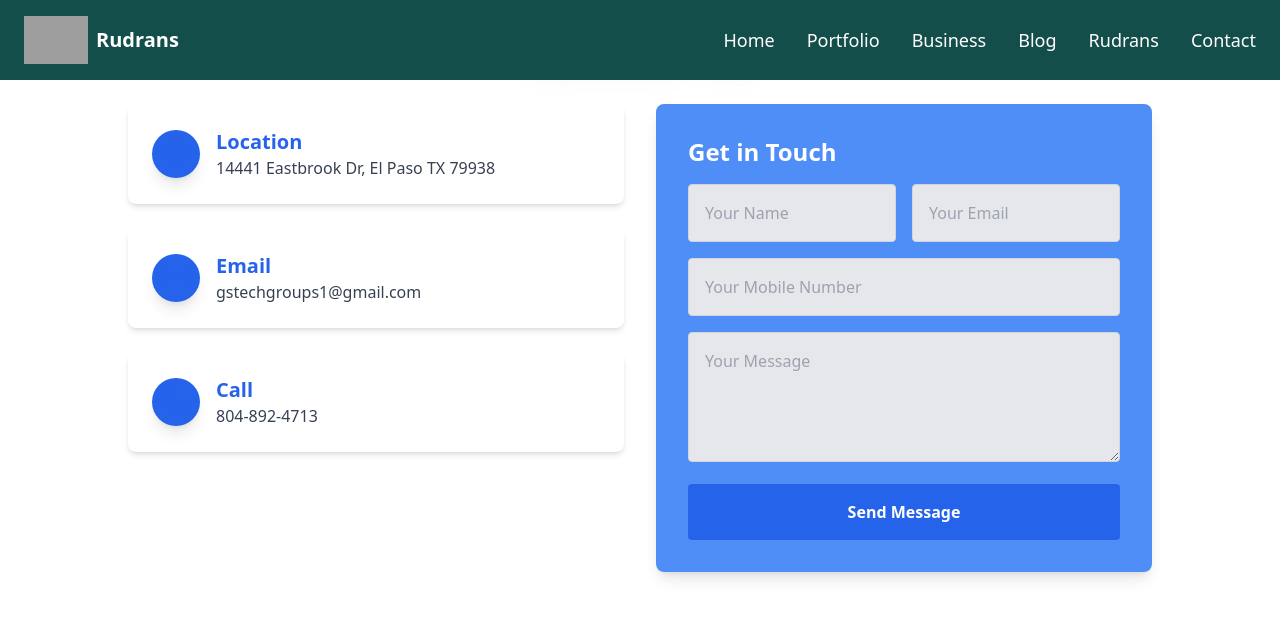
Repository: Rudra-Eswaran/Rudra_Official
Page: /
The author's editor kept a copy of each file at every save. The page is drawn from the files as they stood at one save, then again after the next save.
The browser window is 1280 px wide. The pictures show the whole page.
Pictures or frames that could not be fetched are drawn as grey boxes. Some web libraries are served in a nearby version. The project was rebuilt for these pictures with package versions that can differ from the ones it lists, and the page was loaded fresh each time. Also part of the build but not shown: vite.config.js.

Above is the page before, as saved 2025-04-15 18:36:49.

### index.html
<!doctype html>
<html lang="en">
  <head>
    <meta charset="UTF-8" />
    <link rel="icon" type="image/svg+xml" href="/vite.svg" />
    <meta name="viewport" content="width=device-width, initial-scale=1.0" />
    <title>Rudra Loading</title>
    <!-- Tailwind CSS CDN -->
<script src="https://cdn.tailwindcss.com"></script>

  </head>
  <body>
    <div id="root"></div>
    <script type="module" src="/src/main.jsx"></script>
  </body>
</html>

### src/App.jsx
import Navbar from "./components/Navbar";
import Contact from "./pages/Contactus";

export default function App() {
  return (
    <>
      <Navbar />
      <Contact/>
    </>
  );
}

### src/components/Navbar.jsx
import { useState, useEffect } from "react";
import { Link } from "react-router-dom";

const Navbar = () => {
  const [isOpen, setIsOpen] = useState(false);
  const [scrolled, setScrolled] = useState(false);

  // Detect when the user scrolls to change the navbar style
  useEffect(() => {
    const handleScroll = () => {
      setScrolled(window.scrollY > 10);
    };
    window.addEventListener("scroll", handleScroll);
    return () => window.removeEventListener("scroll", handleScroll);
  }, []);

  return (
    <nav
      className={`fixed top-0 left-0 w-full z-10 py-4 transition-all duration-300 ease-in-out ${
        scrolled ? "bg-teal-800 shadow-lg" : "bg-teal-900"
      }`}
    >
      <div className="container mx-auto px-6 flex justify-between items-center">
        {/* Logo */}
        <div className="flex items-center space-x-2">
          <img
            src="path_to_your_logo.gif"
            alt="Rudrans Logo"
            className="h-12 w-auto transition-transform transform hover:scale-110"
          />
          <h1 className="text-xl font-semibold text-white">Rudrans</h1>
        </div>

        {/* Desktop Menu */}
        <ul className="hidden md:flex space-x-8 text-lg font-medium text-white">
          <li>
            <Link
              to="/"
              className="hover:text-teal-400 transition duration-300 ease-in-out transform hover:scale-105"
            >
              Home
            </Link>
          </li>
          <li>
            <Link
              to="/portfolio"
              className="hover:text-teal-400 transition duration-300 ease-in-out transform hover:scale-105"
            >
              Portfolio
            </Link>
          </li>
          <li>
            <Link
              to="/business"
              className="hover:text-teal-400 transition duration-300 ease-in-out transform hover:scale-105"
            >
              Business
            </Link>
          </li>
          <li>
            <Link
              to="/blog"
              className="hover:text-teal-400 transition duration-300 ease-in-out transform hover:scale-105"
            >
              Blog
            </Link>
          </li>
          <li>
            <Link
              to="/rudrans"
              className="hover:text-teal-400 transition duration-300 ease-in-out transform hover:scale-105"
            >
              Rudrans
            </Link>
          </li>
          <li>
            <Link
              to="/contact"
              className="hover:text-teal-400 transition duration-300 ease-in-out transform hover:scale-105"
            >
              Contact
            </Link>
          </li>
        </ul>

        {/* Mobile Menu Button */}
        <div className="md:hidden">
          <button
            onClick={() => setIsOpen(!isOpen)}
            className="text-white text-2xl transition-all ease-in-out duration-300"
          >
            {isOpen ? '❌' : '☰'}
          </button>
        </div>
      </div>

      {/* Mobile Menu */}
      {isOpen && (
        <ul className="md:hidden bg-teal-800 text-white p-6 space-y-4">
          <li>
            <Link
              to="/"
              onClick={() => setIsOpen(false)}
              className="block text-lg hover:text-teal-400 transition-all duration-300"
            >
              Home
            </Link>
          </li>
          <li>
            <Link
              to="/portfolio"
              onClick={() => setIsOpen(false)}
              className="block text-lg hover:text-teal-400 transition-all duration-300"
            >
              Portfolio
            </Link>
          </li>
          <li>
            <Link
              to="/business"
              onClick={() => setIsOpen(false)}
              className="block text-lg hover:text-teal-400 transition-all duration-300"
            >
              Business
            </Link>
          </li>
          <li>
            <Link
              to="/blog"
              onClick={() => setIsOpen(false)}
              className="block text-lg hover:text-teal-400 transition-all duration-300"
            >
              Blog
            </Link>
          </li>
          <li>
            <Link
              to="/rudrans"
              onClick={() => setIsOpen(false)}
              className="block text-lg hover:text-teal-400 transition-all duration-300"
            >
              Rudrans
            </Link>
          </li>
          <li>
            <Link
              to="/contact"
              onClick={() => setIsOpen(false)}
              className="block text-lg hover:text-teal-400 transition-all duration-300"
            >
              Contact
            </Link>
          </li>
        </ul>
      )}
    </nav>
  );
};

export default Navbar;

### src/pages/Contactus.jsx
import React, { useState } from "react";
import { motion } from "framer-motion";
import { FiPhone, FiMail, FiMapPin, FiX } from "react-icons/fi";  // Using react-icons for Phone, Email, Location
import { CONTACT_INFO, MODAL_MESSAGES, FORM_FIELDS, BUTTON_LABELS } from "../Constants"; // Import constants

const Contactus = ({ scrollToFooter }) => {
  const [formData, setFormData] = useState({ name: "", email: "", message: "", phone: "" });
  const [submitted, setSubmitted] = useState(false);
  const [loading, setLoading] = useState(false);
  const [showModal, setShowModal] = useState(false);

  const handleChange = (e) => {
    setFormData({ ...formData, [e.target.name]: e.target.value });
  };

  const handleSubmit = async (e) => {
    e.preventDefault();

    if (!formData.name || !formData.email || !formData.message || !formData.phone) {
      alert("Please fill in all the fields.");
      return;
    }

    const emailRegex = /^[^\s@]+@[^\s@]+\.[^\s@]+$/;
    if (!emailRegex.test(formData.email)) {
      alert("Please enter a valid email address.");
      return;
    }

    setLoading(true);
    try {
      const response = await fetch(`${import.meta.env.VITE_BACKEND_BASE_URL}/contact`, {
        method: "POST",
        headers: { "Content-Type": "application/json" },
        body: JSON.stringify(formData),
      });

      const result = await response.json();
      if (result.success) {
        setSubmitted(true);
        setShowModal(true);
        setFormData({ name: "", email: "", message: "", phone: "" });
        setTimeout(() => setShowModal(false), 4000);
      } else {
        alert("Failed to submit form");
      }
    } catch (err) {
      console.error("Error submitting form:", err);
      alert("Something went wrong!");
    } finally {
      setLoading(false);
    }
  };

  return (
    <motion.section
      initial={{ opacity: 0, y: 30 }}
      animate={{ opacity: 1, y: 0 }}
      transition={{ duration: 0.6, ease: "easeOut" }}
      className="relative text-black py-8 px-4 md:py-10 md:px-6 min-h-screen md:min-h-fit"
      style={{
        backgroundColor: "#ffffff", // White background
        backgroundSize: "cover",
        backgroundPosition: "center",
        backgroundRepeat: "no-repeat",
      }}
    >
      <div className="relative container mx-auto max-w-5xl text-center">
        <motion.h2
          className="text-3xl md:text-4xl font-bold text-blue-600 mb-6 uppercase drop-shadow-lg"
          initial={{ opacity: 0, y: -20 }}
          animate={{ opacity: 1, y: 0 }}
          transition={{ duration: 0.5 }}
          whileHover={{ textShadow: "0px 0px 10px rgba(0, 123, 255, 0.8)" }}
        >
          Contact Us
        </motion.h2>
      </div>

      <div className="relative container mx-auto grid grid-cols-1 md:grid-cols-2 gap-6 md:gap-8 max-w-5xl pb-0 mb-0">
        <div className="space-y-6">
          {Object.keys(CONTACT_INFO).map((key) => (
            <InfoBox
              key={key}
              icon={
                key === "location" ? (
                  <FiMapPin size={30} className="text-blue-600" />
                ) : key === "phone" ? (
                  <FiPhone size={30} className="text-blue-600" />
                ) : (
                  <FiMail size={30} className="text-blue-600" />
                )
              }
              title={CONTACT_INFO[key].title}
              text={CONTACT_INFO[key].text}
              onClick={scrollToFooter}
            />
          ))}
        </div>

        <div className="bg-blue-500 bg-opacity-90 p-6 md:p-8 rounded-lg shadow-lg">
          <motion.h3 whileHover={{ scale: 1.05, color: "#ffffff" }} className="text-xl md:text-2xl font-semibold mb-4 text-white">
            Get in Touch
          </motion.h3>
          <form onSubmit={handleSubmit} className="space-y-4">
            <div className="grid grid-cols-1 md:grid-cols-2 gap-4">
              <InputField type="text" name="name" placeholder={FORM_FIELDS.name} value={formData.name} handleChange={handleChange} />
              <InputField type="email" name="email" placeholder={FORM_FIELDS.email} value={formData.email} handleChange={handleChange} />
            </div>
            <InputField type="tel" name="phone" placeholder={FORM_FIELDS.phone} value={formData.phone} handleChange={handleChange} />
            <TextAreaField name="message" placeholder={FORM_FIELDS.message} value={formData.message} handleChange={handleChange} />
            <motion.button
              whileHover={{ scale: !loading ? 1.05 : 1 }}
              type="submit"
              disabled={loading}
              className={`w-full p-3 md:p-4 rounded text-white font-semibold transition ${
                loading ? "bg-gray-500 cursor-not-allowed" : "bg-blue-600 hover:bg-blue-700"
              }`}
            >
              {loading ? BUTTON_LABELS.sending : BUTTON_LABELS.send}
            </motion.button>
          </form>
        </div>
      </div>

      {showModal && (
        <div className="fixed inset-0 flex items-center justify-center z-50 bg-black bg-opacity-60">
          <motion.div
            initial={{ scale: 0.8, opacity: 0 }}
            animate={{ scale: 1, opacity: 1 }}
            className="bg-white text-black p-6 rounded-xl shadow-xl max-w-sm w-full relative"
          >
            <button
              onClick={() => setShowModal(false)}
              className="absolute top-2 right-2 text-gray-500 hover:text-red-500"
            >
              <FiX size={20} />
            </button>
            <h4 className="text-xl font-bold mb-2 text-blue-600">{MODAL_MESSAGES.success.title}</h4>
            <p>{MODAL_MESSAGES.success.message}</p>
          </motion.div>
        </div>
      )}
    </motion.section>
  );
};

const InfoBox = ({ icon, title, text, onClick }) => (
  <motion.div
    onClick={onClick}
    className="cursor-pointer bg-white p-4 md:p-6 rounded-lg flex items-center gap-4 shadow-md transition-transform transform hover:scale-103 hover:shadow-lg"
    whileHover={{ scale: 1.03, boxShadow: "0px 0px 10px rgba(0, 123, 255, 0.4)" }}
  >
    <motion.div
      className="w-12 h-12 flex items-center justify-center rounded-full bg-blue-600 text-white shadow-lg"
      whileHover={{ boxShadow: "0px 0px 15px rgba(0, 123, 255, 1)" }}
      transition={{ duration: 0.3 }}
    >
      {icon}
    </motion.div>
    <div>
      <h4 className="text-lg md:text-xl font-semibold text-blue-600">{title}</h4>
      <p className="text-gray-700">{text}</p>
    </div>
  </motion.div>
);

const InputField = ({ type, name, placeholder, value, handleChange }) => (
  <motion.input
    whileFocus={{ scale: 1.02 }}
    type={type}
    name={name}
    placeholder={placeholder}
    required
    value={value}
    onChange={handleChange}
    className="w-full p-3 md:p-4 rounded bg-gray-200 border border-gray-300 focus:border-blue-500 transition"
  />
);

const TextAreaField = ({ name, placeholder, value, handleChange }) => (
  <motion.textarea
    whileFocus={{ scale: 1.02 }}
    name={name}
    placeholder={placeholder}
    required
    rows="4"
    value={value}
    onChange={handleChange}
    className="w-full p-3 md:p-4 rounded bg-gray-200 border border-gray-300 focus:border-blue-500 transition"
  />
);

export default Contactus;

### src/Constants.jsx
// constants.js
export const CONTACT_INFO = {
    location: {
      title: "Location",
      text: "14441 Eastbrook Dr, El Paso TX 79938",
      icon: "FiMapPin",
    },
    email: {
      title: "Email",
      text: "gstechgroups1@gmail.com",
      icon: "FiMail",
    },
    phone: {
      title: "Call",
      text: "804-892-4713",
      icon: "FiPhone",
    },
  };

  export const MODAL_MESSAGES = {
    success: {
      title: "Success!",
      message: "Your message has been sent. We'll get back to you soon.",
    },
    error: {
      title: "Error",
      message: "Something went wrong. Please try again later.",
    },
  };

  export const FORM_FIELDS = {
    name: "Your Name",
    email: "Your Email",
    phone: "Your Mobile Number",
    message: "Your Message",
  };

  export const BUTTON_LABELS = {
    send: "Send Message",
    sending: "Sending...",
  };

Loaded but not shown: src/main.jsx (common file)

After the next save:
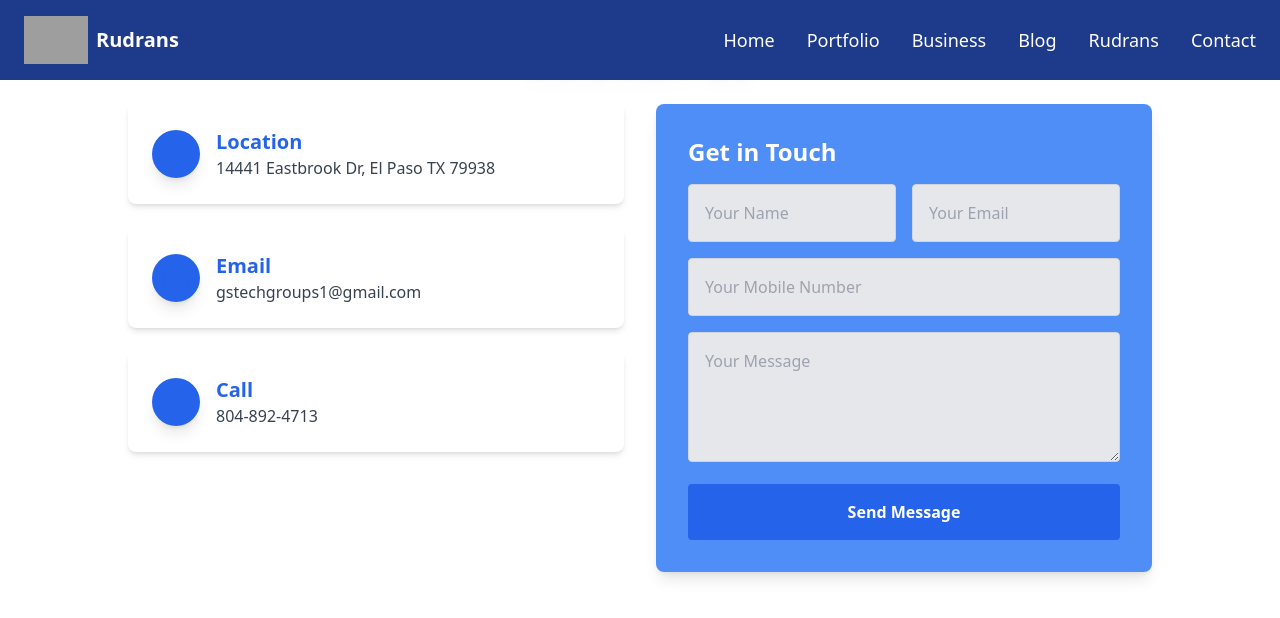
Saved 64 s later.
--- a/src/components/Navbar.jsx
+++ b/src/components/Navbar.jsx
@@ -17,10 +17,10 @@ const Navbar = () => {
   return (
     <nav
       className={`fixed top-0 left-0 w-full z-10 py-4 transition-all duration-300 ease-in-out ${
-        scrolled ? "bg-teal-800 shadow-lg" : "bg-teal-900"
+        scrolled ? "bg-blue-800 shadow-lg" : "bg-blue-900"
       }`}
     >
-      <div className="container mx-auto px-6 flex justify-between items-center">
+      <div className="container-fluid px-4 md:px-6 mx-auto flex justify-between items-center">
         {/* Logo */}
         <div className="flex items-center space-x-2">
           <img
@@ -36,7 +36,7 @@ const Navbar = () => {
           <li>
             <Link
               to="/"
-              className="hover:text-teal-400 transition duration-300 ease-in-out transform hover:scale-105"
+              className="hover:text-blue-400 transition duration-300 ease-in-out transform hover:scale-105"
             >
               Home
             </Link>
@@ -44,7 +44,7 @@ const Navbar = () => {
           <li>
             <Link
               to="/portfolio"
-              className="hover:text-teal-400 transition duration-300 ease-in-out transform hover:scale-105"
+              className="hover:text-blue-400 transition duration-300 ease-in-out transform hover:scale-105"
             >
               Portfolio
             </Link>
@@ -52,7 +52,7 @@ const Navbar = () => {
           <li>
             <Link
               to="/business"
-              className="hover:text-teal-400 transition duration-300 ease-in-out transform hover:scale-105"
+              className="hover:text-blue-400 transition duration-300 ease-in-out transform hover:scale-105"
             >
               Business
             </Link>
@@ -60,7 +60,7 @@ const Navbar = () => {
           <li>
             <Link
               to="/blog"
-              className="hover:text-teal-400 transition duration-300 ease-in-out transform hover:scale-105"
+              className="hover:text-blue-400 transition duration-300 ease-in-out transform hover:scale-105"
             >
               Blog
             </Link>
@@ -68,7 +68,7 @@ const Navbar = () => {
           <li>
             <Link
               to="/rudrans"
-              className="hover:text-teal-400 transition duration-300 ease-in-out transform hover:scale-105"
+              className="hover:text-blue-400 transition duration-300 ease-in-out transform hover:scale-105"
             >
               Rudrans
             </Link>
@@ -76,7 +76,7 @@ const Navbar = () => {
           <li>
             <Link
               to="/contact"
-              className="hover:text-teal-400 transition duration-300 ease-in-out transform hover:scale-105"
+              className="hover:text-blue-400 transition duration-300 ease-in-out transform hover:scale-105"
             >
               Contact
             </Link>
@@ -96,12 +96,12 @@ const Navbar = () => {
 
       {/* Mobile Menu */}
       {isOpen && (
-        <ul className="md:hidden bg-teal-800 text-white p-6 space-y-4">
+        <ul className="md:hidden bg-blue-800 text-white p-6 space-y-4">
           <li>
             <Link
               to="/"
               onClick={() => setIsOpen(false)}
-              className="block text-lg hover:text-teal-400 transition-all duration-300"
+              className="block text-lg hover:text-blue-400 transition-all duration-300"
             >
               Home
             </Link>
@@ -110,7 +110,7 @@ const Navbar = () => {
             <Link
               to="/portfolio"
               onClick={() => setIsOpen(false)}
-              className="block text-lg hover:text-teal-400 transition-all duration-300"
+              className="block text-lg hover:text-blue-400 transition-all duration-300"
             >
               Portfolio
             </Link>
@@ -119,7 +119,7 @@ const Navbar = () => {
             <Link
               to="/business"
               onClick={() => setIsOpen(false)}
-              className="block text-lg hover:text-teal-400 transition-all duration-300"
+              className="block text-lg hover:text-blue-400 transition-all duration-300"
             >
               Business
             </Link>
@@ -128,7 +128,7 @@ const Navbar = () => {
             <Link
               to="/blog"
               onClick={() => setIsOpen(false)}
-              className="block text-lg hover:text-teal-400 transition-all duration-300"
+              className="block text-lg hover:text-blue-400 transition-all duration-300"
             >
               Blog
             </Link>
@@ -137,7 +137,7 @@ const Navbar = () => {
             <Link
               to="/rudrans"
               onClick={() => setIsOpen(false)}
-              className="block text-lg hover:text-teal-400 transition-all duration-300"
+              className="block text-lg hover:text-blue-400 transition-all duration-300"
             >
               Rudrans
             </Link>
@@ -146,7 +146,7 @@ const Navbar = () => {
             <Link
               to="/contact"
               onClick={() => setIsOpen(false)}
-              className="block text-lg hover:text-teal-400 transition-all duration-300"
+              className="block text-lg hover:text-blue-400 transition-all duration-300"
             >
               Contact
             </Link>
